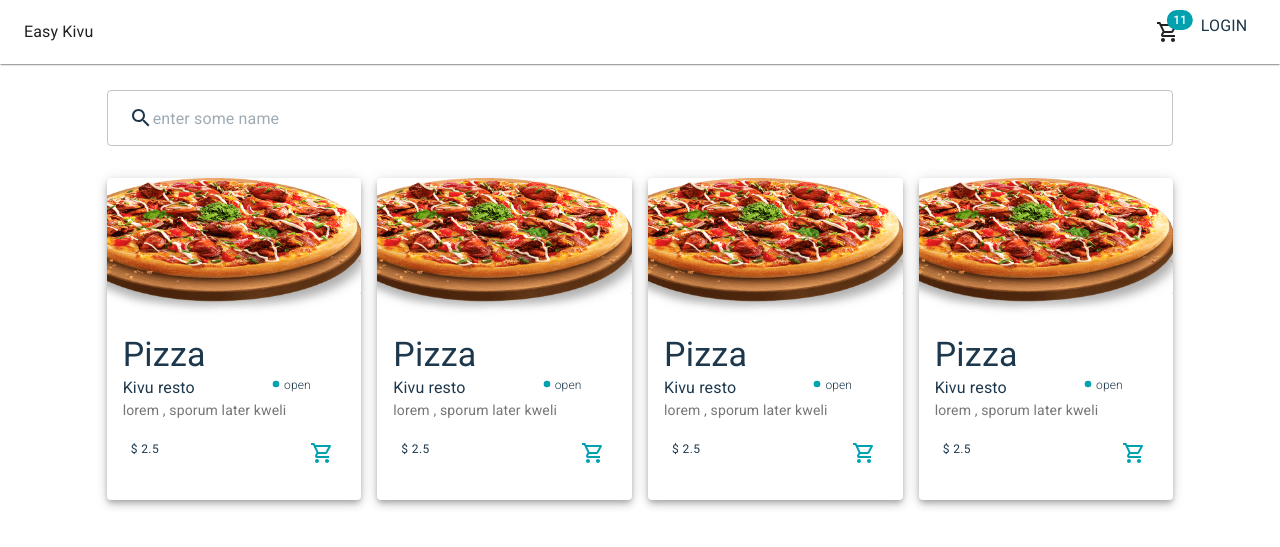
Repository: kilamaelie/jokes-dapp
Page: /
An editor plug-in stored every save of this project. The page is shown before and after the next save, followed by the edit.
The browser window is 1280 px wide. The pictures show the whole page.
The project was rebuilt for these pictures with package versions that can differ from the ones it lists, and the page was loaded fresh each time. Also part of the build but not shown: src/ui/page/dashboard/dashboard.js.

Above is the page before, as saved 2021-06-28 08:56:48.

### src/App.js
import React from 'react'
import {BrowserRouter as Router ,Switch,Route} from 'react-router-dom'
import {ThemeProvider } from "@material-ui/core/styles";
import theme from './App_theme/theme'
import CssBaseline from '@material-ui/core/CssBaseline'
import Main from './ui/page/website/main'
import Dashboards from  './ui/page/dashboard/dashboard'
import AppBars from './ui/widget/appbar'



const App =()=>{


  return (
    <ThemeProvider theme={theme}>
      <CssBaseline>
          <Router>
            <AppBars/>
            <Switch>
              <Route path='/dashboard' component={Dashboards}/>
              <Route path= '/' component={Main}/>
            </Switch>
          </Router>
      </CssBaseline>
    </ThemeProvider>
  )
}

export default App

### src/App_theme/theme.js
import {createMuiTheme} from '@material-ui/core/styles'


const theme =createMuiTheme({
    palette:{
        primary:{
          main: '#FFF'
        },
        secondary:{
          main: '#00A1AF'
        },
        background:{
          default:'#FFF'
        },
        text:{
          primary:'#1D384C',
        }

      }
})

export default theme

### src/ui/page/website/main.js
import React from 'react'
import {Switch,Route} from 'react-router-dom'
import Home from './screen/home'



const Main =()=>{
    return (
            <Switch>

                <Route exact path= '/' component={Home}/>
            </Switch>
        )
}

export default Main

### src/ui/widget/appbar.js
import React,{useState} from 'react'
import {Grid,AppBar,Toolbar,IconButton,Typography,Button,Dialog,DialogContent,DialogContentText,MenuItem,Menu,Badge} from '@material-ui/core';
// import RestaurantMenuIcon from '@material-ui/icons/RestaurantMenu';
// import AccountCircle from '@material-ui/icons/AccountCircle';
// import NotificationsIcon from '@material-ui/icons/Notifications';
import MoreIcon from '@material-ui/icons/MoreVert';
// import { useTheme} from '@material-ui/core/styles'
// import useMediaQuery from '@material-ui/core/useMediaQuery';
import useStyles from '../style'
import ShoppingCartOutlinedIcon from '@material-ui/icons/ShoppingCartOutlined';




const AppBars =()=>{

  const classes = useStyles();
  const [open, setOpen] = useState(false);
  //const theme = useTheme();
 // const fullScreen = useMediaQuery(theme.breakpoints.down('sm'));

  const handleClickOpen = () => {
    setOpen(true);
  };
  const handleClose = () => {
    setOpen(false);
  };
  // for the app bar

  const [anchorEl, setAnchorEl] = React.useState(null);
  const [mobileMoreAnchorEl, setMobileMoreAnchorEl] = React.useState(null);

  const isMenuOpen = Boolean(anchorEl);
  const isMobileMenuOpen = Boolean(mobileMoreAnchorEl);

  // const handleProfileMenuOpen = (event) => {
  //   setAnchorEl(event.currentTarget);
  // };
  const handleMenuClose = () => {
    setAnchorEl(null);
    handleMobileMenuClose();
  };
  const handleMobileMenuClose = () => {
    setMobileMoreAnchorEl(null);
  };
  const handleMobileMenuOpen = (event) => {
    setMobileMoreAnchorEl(event.currentTarget);
  };
  const handleLogoutAndMenuClose = () =>{
    const logout = localStorage.removeItem('token')
    localStorage.removeItem('id')
    localStorage.removeItem('user')
    setAnchorEl(null);
    handleMobileMenuClose();
    window.location.reload();
    return logout
  }

  const menuId = 'primary-search-account-menu';
  const renderMenu = (
    <Menu
      anchorEl={anchorEl}
      anchorOrigin={{ vertical: 'top', horizontal: 'right' }}
      id={menuId}
      keepMounted
      transformOrigin={{ vertical: 'top', horizontal: 'right' }}
      open={isMenuOpen}
      onClose={handleMenuClose}
    >
      <MenuItem onClick={handleMenuClose}>Profile</MenuItem>
      <MenuItem onClick={handleLogoutAndMenuClose}>Logout</MenuItem>
    </Menu>
  );

  const mobileMenuId = 'primary-search-account-menu-mobile';
  const renderMobileMenu = (
    <Menu
      anchorEl={mobileMoreAnchorEl}
      anchorOrigin={{ vertical: 'top', horizontal: 'right' }}
      id={mobileMenuId}
      keepMounted
      transformOrigin={{ vertical: 'top', horizontal: 'right' }}
      open={isMobileMenuOpen}
      onClose={handleMobileMenuClose}
    >
          {/* <MenuItem>
          <Typography className={classes.typoAppbar}>VENDOR</Typography>
          </MenuItem>
          <MenuItem>
           <Typography className={classes.typoAppbar}>Contact</Typography>
          </MenuItem> */}
          {/* {
            token!=null? <div>
               <MenuItem>
        <IconButton aria-label="show 11 new notifications" color="inherit">
          <Badge badgeContent={11} color="secondary">
            <NotificationsIcon />
          </Badge>
        </IconButton>
        <p>Notifications</p>
      </MenuItem>
      <MenuItem onClick={handleProfileMenuOpen}>
        <IconButton
          aria-label="account of current user"
          aria-controls="primary-search-account-menu"
          aria-haspopup="true"
          color="inherit"
        >
          <AccountCircle />
        </IconButton>
        <p>Profile</p>
      </MenuItem>
            </div>

            :  */}
             <div>
              <MenuItem>
            <Button onClick={handleClickOpen}><Typography className={classes.typoAppbar}>Login</Typography></Button>
                    <Dialog
                        // fullScreen={fullScreen}
                        open={open}
                        onClose={handleClose}
                        aria-labelledby="responsive-dialog-title"
                          >
                            <DialogContent>
                              <DialogContentText>
                                  {/* <Login/> */}
                              </DialogContentText>
                            </DialogContent>
                    </Dialog>
          </MenuItem>
            </div>
          {/* } */}


    </Menu>
  );
  return (
      <Grid container direction='row'>
          {/* <Grid item xs={1} sm={1}></Grid> */}
          <Grid item xs={12} sm={12}>
          <AppBar position="fixed" elevation={1}  >
        <Toolbar>
          {/* <IconButton
            component={Link}
            to='/'
            edge="start"
            className={classes.menuButton}
            color="inherit"
            aria-label="open drawer"
          >
            <RestaurantMenuIcon className={classes.icon} />
          </IconButton> */}
          <Typography className={classes.title}  noWrap>
            Easy Kivu
          </Typography>

          <div className={classes.grow} />
          <div className={classes.sectionDesktop}>
             {/* <Button ><Typography className={classes.typoAppbar}>VENDOR</Typography></Button>
            <Button><Typography className={classes.typoAppbar}>CONTACT</Typography></Button> */}
            {/* {token!=null?
            <div>
            <IconButton aria-label="show 17 new notifications" color="inherit">
              <Badge badgeContent={17} color="secondary">
                <NotificationsIcon  color="secondary"/>
              </Badge>
            </IconButton>
            <IconButton
              edge="end"
              aria-label="account of current user"
              aria-controls={menuId}
              aria-haspopup="true"
              onClick={handleProfileMenuOpen}
              color="inherit"
            >
              <AccountCircle color="secondary" />
            </IconButton>
            </div>
            : */}
             <IconButton aria-label="show 11 new notifications" color="inherit">
              <Badge badgeContent={11} color="secondary">
                <ShoppingCartOutlinedIcon />
              </Badge>
            </IconButton>
            <div>
               <Button onClick={handleClickOpen}><Typography className={classes.typoAppbar}>LOGIN</Typography></Button>
                <Dialog
                    // fullScreen={fullScreen}
                    open={open}
                    onClose={handleClose}
                    aria-labelledby="responsive-dialog-title"
                      >
                        <DialogContent>
                          <DialogContentText>
                          {/* <Login/> */}
                          </DialogContentText>
                        </DialogContent>

                    </Dialog>
            </div>

            {/* } */}

          </div>

          <div className={classes.sectionMobile}>
            <IconButton
              aria-label="show more"
              aria-controls={mobileMenuId}
              aria-haspopup="true"
              onClick={handleMobileMenuOpen}
              color="inherit"
            >
              <MoreIcon className={classes.icon} />
            </IconButton>
          </div>
        </Toolbar>
      </AppBar>
      {renderMobileMenu}
      {renderMenu}
          </Grid>
          {/* <Grid item xs={1} sm={1}></Grid> */}
      </Grid>
  )

}
export default AppBars

### src/ui/page/website/screen/home.js
import React from 'react'
import useStyles from '../../../style'
import {Grid,TextField,InputAdornment} from '@material-ui/core'
import SearchIcon from '@material-ui/icons/Search';
import CardItem from '../screen/widget/card'


const Home = () =>{
    const classes =useStyles()

    return (
        <Grid container direction='row' className={classes.margin_40} >
            <Grid item xs={1} sm={1}></Grid>
            <Grid item xs={10} sm={10}  >
               <Grid container spacing={4}  >
                   <Grid item xs={12} sm={12}>
                       <TextField
                        variant='outlined'
                        fullWidth
                        onFocus
                        placeholder="enter some name"
                        InputProps={{
                            startAdornment: (
                              <InputAdornment position="end">
                                <SearchIcon />
                              </InputAdornment>
                            ),
                          }}
                       />
                   </Grid>
                   <Grid item xs={12} sm={12}>
                       <Grid container spacing ={2}>
                           <Grid item xs={12} sm={3}>
                           <CardItem/>
                           </Grid>
                           <Grid item xs={12} sm={3}>
                           <CardItem/>
                           </Grid>
                           <Grid item xs={12} sm={3}>
                           <CardItem/>
                           </Grid>
                           <Grid item xs={12} sm={3}>
                           <CardItem/>
                           </Grid>
                       </Grid>
                   </Grid>
               </Grid>
            </Grid>
            <Grid item xs={1} sm={1}></Grid>
        </Grid>
    )
}

export default Home

### src/ui/style.js
import {makeStyles} from '@material-ui/core/styles'

export default makeStyles((theme)=>({

    app:{
        background:'white',
        //marginTop:10,
        // marginbo

    },

    grow: {
        flexGrow: 1,
      },
      menuButton: {
        marginRight: theme.spacing(4),
      },
      title: {
        display: '',
        color:theme.palette.primary.secondary,
        fontWeight: 400 ,
        [theme.breakpoints.up('sm')]: {
          display: 'block',
          fontWeight: 400
        },
      },

      sectionDesktop: {
        display: 'none',
        [theme.breakpoints.up('md')]: {
          display: 'flex',
        },
      },
      sectionMobile: {
        display: 'flex',
        [theme.breakpoints.up('md')]: {
          display: 'none',
        },
      },
    icon:{
        color:theme.palette.primary.secondary,
    },
    typoAppbar:{
      color:theme.palette.primary.secondary,
      fontSize: 15,
      fontWeight:400
    },
    homeAppbar:{
      marginTop:40,
      backgroundColor:theme.palette.primary.secondary,
      height:80,
      borderRadius:"10px"
    },
    margin_40:{
      marginTop: 90,
      marginBottom:40
    }

}))

### src/ui/page/website/screen/widget/card.js
import React from 'react'
import {Grid,Typography,IconButton} from '@material-ui/core'
import Card from '@material-ui/core/Card';
// import CardActionArea from '@material-ui/core/CardActionArea';
import CardActions from '@material-ui/core/CardActions';
import CardContent from '@material-ui/core/CardContent';
import CardMedia from '@material-ui/core/CardMedia';
// import Button from '@material-ui/core/Button';
import Pizza from '../../../../../assets/pizza.png'
import ShoppingCartOutlinedIcon from '@material-ui/icons/ShoppingCartOutlined';
import FiberManualRecordIcon from '@material-ui/icons/FiberManualRecord';

const CardItem =()=>{
    return (
        <Card elevation={5} >
        {/* <CardActionArea> */}
          <CardMedia
            style={{height:140}}
            image={Pizza}
            // title={imagetitle}
          />
          <CardContent>
            <Typography  variant='h4' component="h2" >
              Pizza
            </Typography>
            <Grid container>
              <Grid item xs={8} sm={8}>
              <Typography   component="h2" >
              Kivu resto
            </Typography>
              </Grid>
             < Grid item xs={4} sm={4}>
              <Typography style={{fontWeight:300,fontSize:12}}>
             <FiberManualRecordIcon color='secondary' style={{fontSize:10}}/> open
            </Typography>
              </Grid>
            </Grid>

            <Typography variant="body2" color="textSecondary" style={{height:30}}>
             lorem , sporum later kweli
            </Typography>

        {/* </CardActionArea> */}
        <CardActions>
          <Grid container>
            <Grid item sm={6} md={6} xs={6} justify="center">
              <Typography variant="caption">
                $ 2.5
              </Typography>
            </Grid>
            <Grid item md={6} xs={6}>
              <Grid container direction="column" justify="center" alignItems="flex-end">
              <IconButton size="small" color="secondary" >
                <ShoppingCartOutlinedIcon/>
              </IconButton>
              </Grid>
            </Grid>
          </Grid>

        </CardActions>
        </CardContent>
      </Card>
    )
}


export default CardItem;

Loaded but not shown: public/index.html (common file); src/index.js (common file); src/index.css (common file); src/reportWebVitals.js (common file)

After the next save:
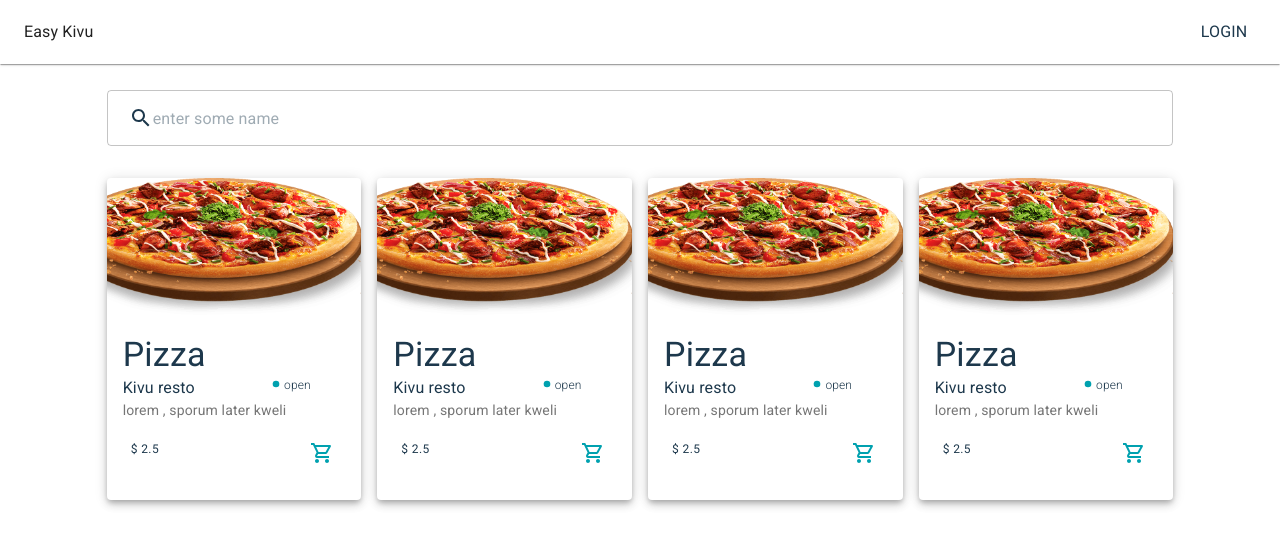
Saved 63 s later.
--- a/src/ui/widget/appbar.js
+++ b/src/ui/widget/appbar.js
@@ -178,11 +178,6 @@ const AppBars =()=>{
             </IconButton>
             </div>
             : */}
-             <IconButton aria-label="show 11 new notifications" color="inherit">
-              <Badge badgeContent={11} color="secondary">
-                <ShoppingCartOutlinedIcon />
-              </Badge>
-            </IconButton>
             <div>
                <Button onClick={handleClickOpen}><Typography className={classes.typoAppbar}>LOGIN</Typography></Button>
                 <Dialog
